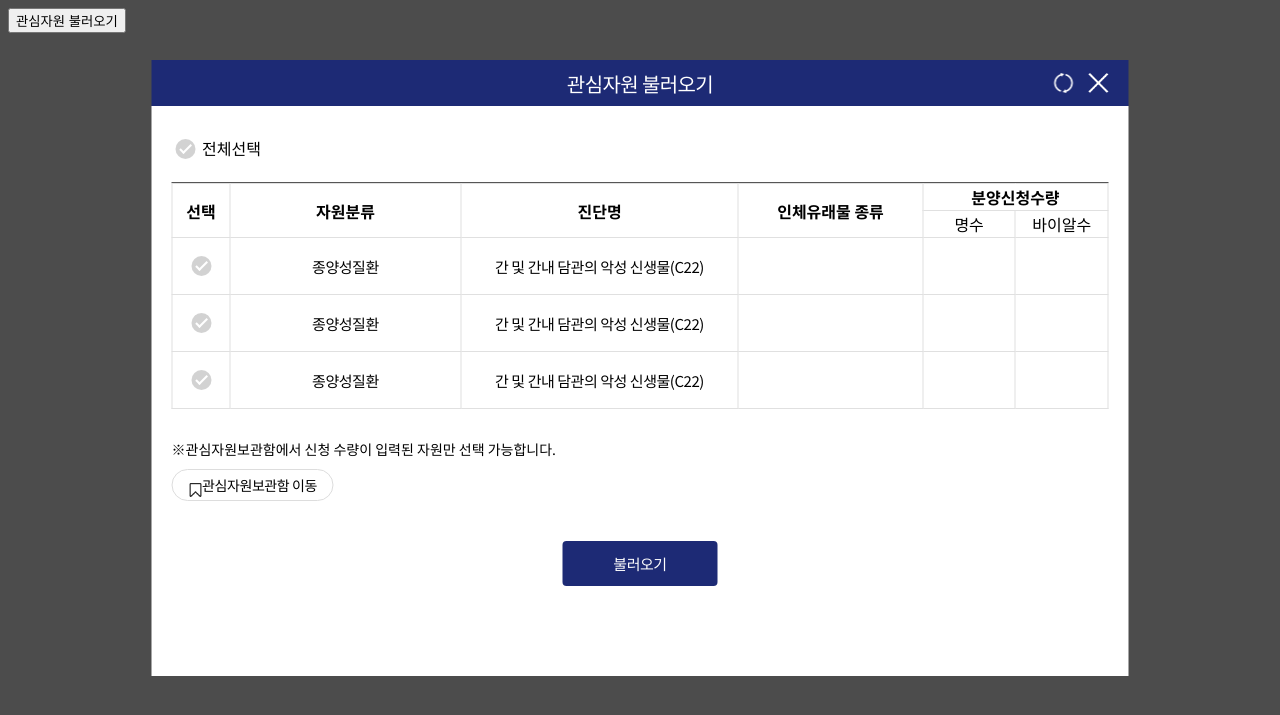
Repository: dlgywls1130/one_popup
Page: index.html
An editor plug-in stored every save of this project. The page is shown before and after the next save, followed by the edit.
The browser window is 1280 px wide. The pictures show the whole page.
After loading, the first visible `button.click_modal` was clicked once.
Some web fonts or font styles are not loaded; a fallback is used.

Above is the page before, as saved 2023-10-25 22:41:12.

After the next save:
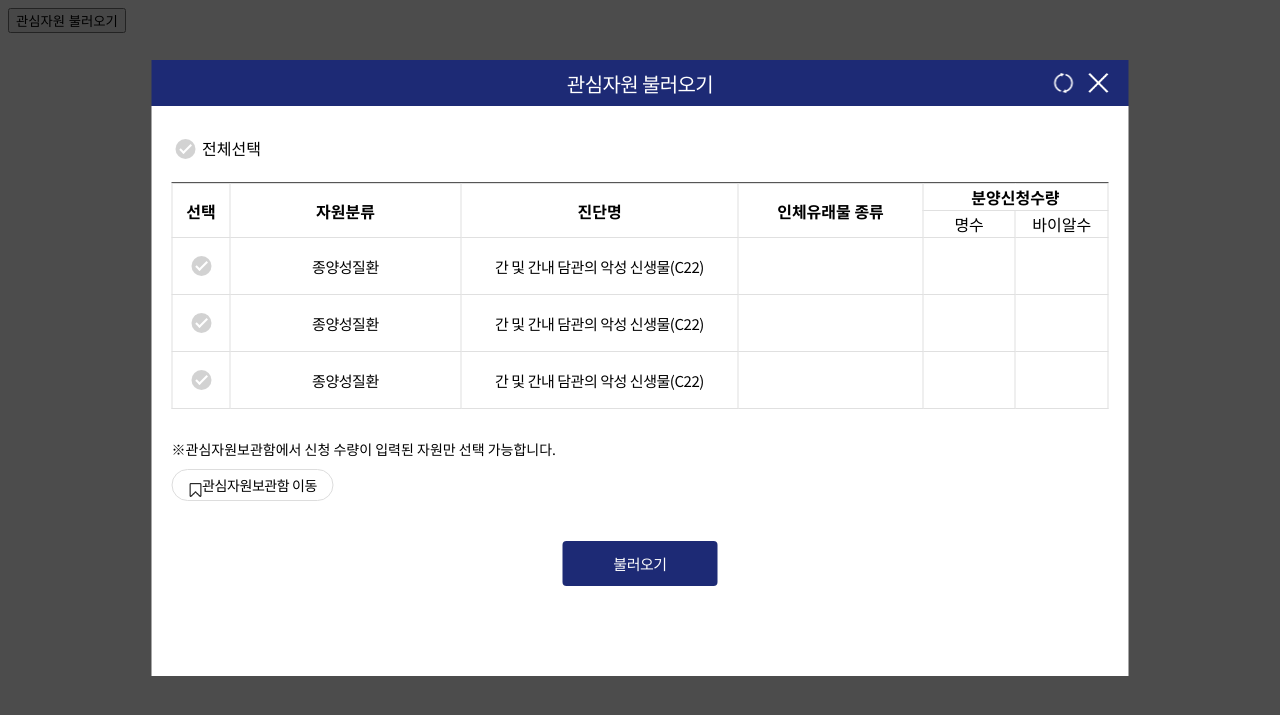
Saved 24 s later.
--- a/style.css
+++ b/style.css
@@ -218,7 +218,7 @@ input[type=checkbox] {
     width: 100%;
     height: 100%;
     background-color: rgba(0,0,0,0.7);
-    z-index: -1;
+    z-index: 1;
     display: none;
 }
 
